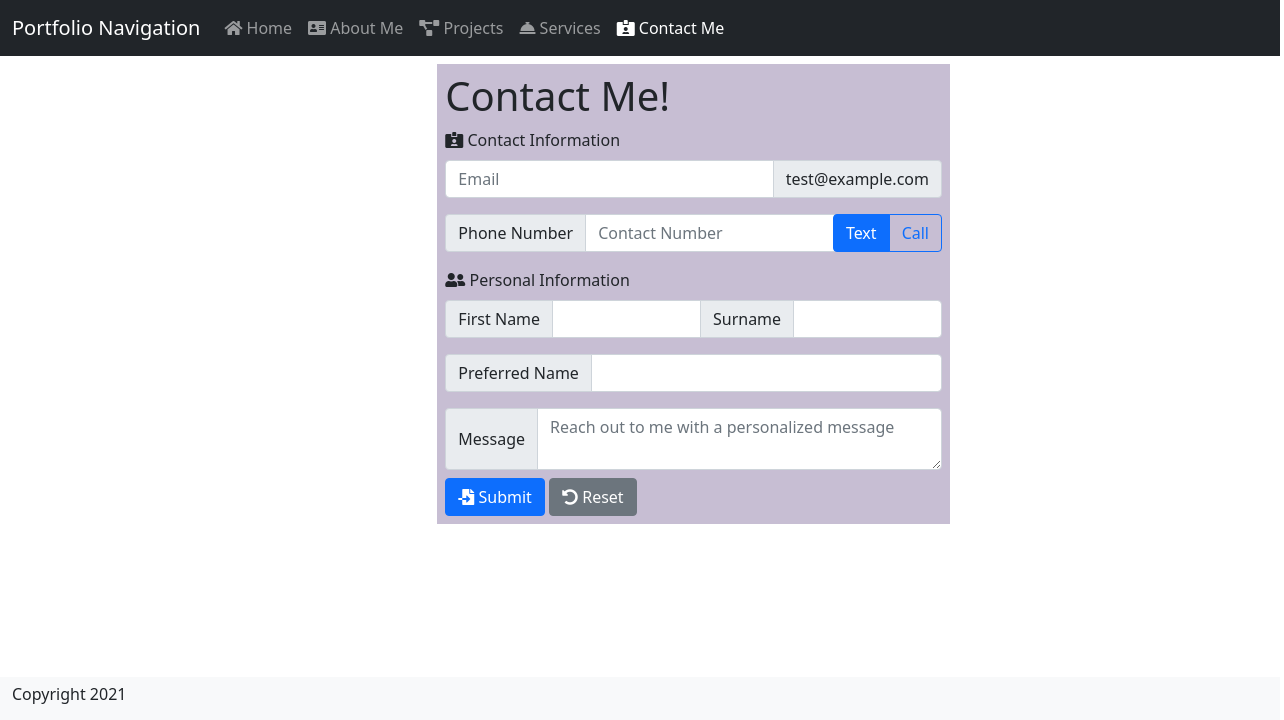
Repository: GarlicButterBoy/Portfolio
Page: contact.html
The author's editor kept a copy of each file at every save. The page is drawn from the files as they stood at one save, then again after the next save.
The browser window is 1280 px wide. The page is 1284 px wide, so the pictures cover 1284 px, including what lies to the right of the window. The pictures show the whole page.

Above is the page before, as saved 2021-06-14 12:19:39.

### contact.html
<!DOCTYPE html>
<html lang="en">
<head>
    <meta charset="UTF-8">
    <meta http-equiv="X-UA-Compatible" content="IE=edge">
    <meta name="viewport" content="width=device-width, initial-scale=1.0">
    <title>Nick Sturch-Flint Portfolio</title>
    <link rel="stylesheet" href="./node_modules/bootstrap/dist/css/bootstrap.min.css">
    <link rel="stylesheet" href="./node_modules/@fortawesome/fontawesome-free/css/all.min.css">
    <link rel="stylesheet" href="./Content/app.css">
</head>
<body>
  <!-- Main Navigation -->
    <nav class="navbar navbar-expand-lg navbar-dark bg-dark">
        <div class="container-fluid">
          <a class="navbar-brand" href="#">Portfolio Navigation</a>
          <button class="navbar-toggler" type="button" data-bs-toggle="collapse" data-bs-target="#navbarNavAltMarkup" aria-controls="navbarNavAltMarkup" aria-expanded="false" aria-label="Toggle navigation">
            <span class="navbar-toggler-icon"></span>
          </button>
          <div class="collapse navbar-collapse" id="navbarNavAltMarkup">
            <div class="navbar-nav ml-auto">
              <a id="home" class="nav-link" aria-current="page" href="index.html"><i class="fas fa-home"></i> Home</a>
              <a id="about" class="nav-link" href="about.html"><i class="fas fa-address-card"></i> About Me</a>
              <a id="projects" class="nav-link" href="projects.html"><i class="fas fa-project-diagram"></i> Projects</a>
              <a id="services" class="nav-link" href="services.html"><i class="fas fa-concierge-bell"></i> Services</a>
              <a id="contact" class="nav-link" href="contact.html"><i class="fas fa-id-card-alt"></i> Contact Me</a>
            </div>
          </div>
        </div>
      </nav>
      <!-- End of Main Navigation -->

      <main class="containrer p-2">
        <div class="row">
          <div class=" offset-md-4 col-md-5">
            <div class="jumbotron p-2" id="contentArea">
              <h1>Contact Me!</h1>

              <div class="alert alert-warning" role="alert" id="errorMessage">
              </div>

              <form id="contactForm" action="POST">

              <label for="basic-url" class="form-label"><i class="fas fa-id-card-alt"></i> Contact Information</label>
              <div class="input-group mb-3">
                <input type="email" class="form-control" placeholder="Email" aria-label="Email" aria-describedby="basic-addon2" id="emailAddress" value="">
                <span class="input-group-text" id="basic-addon2">test@example.com</span>
              </div>

              <div class="input-group mb-3">
                <span class="input-group-text" id="basic-addon2">Phone Number</span>
                <input type="tel" class="form-control" placeholder="Contact Number" aria-label="Contact Number" aria-describedby="basic-addon2" id="contactNumber" value="">

                <div class="btn-group" role="group" aria-label="Basic radio toggle button group">
                  <input type="radio" class="btn-check" name="btnradio" id="textCheck" autocomplete="off" checked>
                  <label class="btn btn-outline-primary" for="btnradio1">Text</label>

                  <input type="radio" class="btn-check" name="btnradio" id="callCheck" autocomplete="off">
                  <label class="btn btn-outline-primary" for="btnradio2">Call</label>
                </div>

              </div>

              <label for="basic-url" class="form-label"><i class="fas fa-user-friends"></i> Personal Information</label>
              <div class="input-group mb-3">
                <span class="input-group-text" id="basic-addon3">First Name</span>
                <input type="text" class="form-control" id="firstName" aria-describedby="basic-addon3" value="">

                <span class="input-group-text">Surname</span>
                <input type="text" class="form-control" aria-label="Surname" id="lastName" value="">
              </div>

              <div class="input-group mb-3">
                <span class="input-group-text">Preferred Name</span>
                <input type="text" class="form-control" aria-label="Preferred Name" id="prefName" value="">
              </div>



              <div class="input-group">
                <span class="input-group-text">Message</span>
                <textarea class="form-control" placeholder="Reach out to me with a personalized message" aria-label="Message" id="message" value=""></textarea>
              </div>
              <button class="btn btn-primary mt-2" type="submit" id="submitButton"><i class="fas fa-file-import"></i> Submit</button>
              <button class="btn btn-secondary mt-2" type="reset" id="resetButton"><i class="fas fa-undo-alt"></i> Reset</button>

            </form>
            </div>
          </div>
        </div>
      </main>


      <footer>
        <nav class="navbar fixed-bottom navbar-light bg-light">
          <div class="container-fluid">
            <h6>Copyright 2021</h6>
          </div>
        </nav>
      </footer>

      <!-- Third Party Libraries -->
      <script src="./node_modules/jquery/dist/jquery.min.js"></script>
      <script src="./node_modules/bootstrap/dist/js/bootstrap.min.js"></script>

      <!-- Third Party Libraries -->
    <script src="./Scripts/app.js"></script>
</body>
</html>

### Content/app.css
.jumbotron {
    background-color: #c7bed3;
  }

### Scripts/app.js
class Contact
{
    constructor(emailAddress = "", contactNumber = "", contactName = "", contactMessage = "")
    {
        this.emailAddress = emailAddress;
        this.contactNumber = contactNumber;
        this.contactName = contactName;
        this.contactMessage = contactMessage;
    }
}

"use strict";

//IIFE - Immediately Invoked Function Expression
// OR - Anonymous Self Executing Function
(function()
{
    //declare function variables here...
    let contact = new Contact();
    console.log("%cDeclaring Variables", "color:blue");

    /**
     * Variable Initialization in this function
     */
    function Start()
    {
        console.log("%cInitializing Variables", "color:green");

        PageSwitcher();

        Main();
    }

    function PageSwitcher()
    {
        let name = window.location.pathname; //returns full .html page name
        let pageName = name.substring(1, name.length - 5); //returns page name without the first / and the final .html


        switch(pageName)
        {
            case "index":
                DisplayHome();

                break;
            case "about":
                DisplayAbout();
                break;
            case "projects":
                DisplayProjects();
                break;
            case "services":
                DisplayServices();
                break;
            case "contact":
                DisplayContact();
                break;
            default:
                Display404();
                break;
        }

        $("#"+pageName).addClass("active"); //makes the active page link highlighted
    }

    function DisplayHome()
    {
        function notify() {
            console.log( "clicked" );
          }

        document.getElementById("home").className = "nav-link active";

         $("#projectsButton").on("click", notify, () => {
              location.href = "projects.html";
         });
    }

    function DisplayAbout()
    {

    }

    function DisplayProjects()
    {

    }

    function DisplayServices()
    {

    }

    function DisplayContact()
    {

        function validateInput(selector, condition, errorMessage = "")
        {
            if(condition)
            {
                $("#errorMessage")[0].textContent = errorMessage;
                $("#errorMessage").show();
                $(selector).trigger("focus");
                $(selector).css("border", "2px solid red");
                console.log(errorMessage)
            }
            else
            {
                $("#errorMessage").hide();
                $(selector).css("border", "2px solid #ced4da");
            }
        }

        function clearForm()
        {
            $("#contactForm")[0].reset();
            $("#errorMessage").hide();
        }

        $("#errorMessage").hide();

        //Email Validation (Lite)
        $("#emailAddress").on("change", (e) => {
            validateInput("#emailAddress", (($("#emailAddress").val().length < 8) || (!$("#emailAddress").val().includes("@"))), "Email is Invalid");
            /* if(($("#emailAddress").val().length < 8) || (!$("#emailAddress").val().includes("@")))
            {
                $("#errorMessage")[0].textContent = "Email is too short";
                $("#errorMessage").show();
                $("#emailAddress").trigger("focus");
                $("#emailAddress").css("border", "2px solid red");
                console.log("Email too short")
            }
            else
            {
                $("#errorMessage").hide();
                $("#emailAddress").css("border", "2px solid #ced4da");
            } */
        });

        //Phone Number Validation
        $("#contactNumber").on("change", (e) => {
            let phonePattern = /^(\+\d{1,2}\s)?\(?\d{3}\)?[\s.-]\d{3}[\s.-]\d{4}$/;

            validateInput("#contactNumber", (!phonePattern.test($("#contactNumber").val())), "Number is invalid");

            /* if(!phonePattern.test($("#contactNumber").val()))
            {
                $("#errorMessage")[0].textContent = "Number is invalid";
                $("#errorMessage").show();
                $("#contactNumber").trigger("focus");
                $("#contactNumber").css("border", "2px solid red");
                console.log("Number too invalid")
            }
            else
            {
                $("#errorMessage").hide();
                $("#contactNumber").css("border", "2px solid #ced4da");
            } */
        });

        $("#firstName").on("change", (e) => {
            validateInput("#firstName", ($("#firstName").val().length < 2), "First name is too short");
            /* if($("#firstName").val().length < 2)
            {
                $("#errorMessage")[0].textContent = "First name is too short";
                $("#errorMessage").show();
                $("#firstName").trigger("focus");
                $("#firstName").css("border", "1px solid red");
                console.log("First name too short")
            }
            else
            {
                $("#errorMessage").hide();
                $("#firstName").css("border", "1px solid #ced4da");
            } */
        });

        $("#lastName").on("change", (e) => {
            validateInput("#lastName", ($("#lastName").val().length < 2), "Last name is too short");
            /* if($("#lastName").val().length < 2)
            {
                $("#errorMessage")[0].textContent = "Last name is too short";
                $("#errorMessage").show();
                $("#lastName").trigger("focus");
                $("#lastName").css("border", "1px solid red");
                console.log("Last name too short")
            }
            else
            {
                $("#errorMessage").hide();
                $("#lastName").css("border", "1px solid #ced4da");
            } */
        });

        $("#submitButton").on("click", (e) =>
        {
            e.preventDefault();

            let emailAddress = $("#emailAddress").val();
            let contactNumber = $("#contactNumber").val();
            let firstName = $("#firstName").val();
            let lastName = $("#lastName").val();
            let prefName = $("#prefName").val();
            let message = $("#message").val();

            console.log(`Email Address : ${emailAddress}`);
            console.log(`Contact Number: ${contactNumber}`);
            console.log(`Name          : ${prefName} (${lastName}, ${firstName});`);
            console.log(`Message       : ${message}`);

            contact.emailAddress = emailAddress;
            contact.contactNumber = contactNumber;
            contact.contactName = `${prefName} (${lastName}, ${firstName})`;
            contact.contactMessage = message;

            console.log(contact);
            clearForm();
        });

        $("#resetButton").on("click", (e) =>
        {
            e.preventDefault();

            if(confirm("Are you sure?"))
            {
                clearForm();
            }
        });
    }

    function Display404()
    {
        console.log("Page Not Found");
    }

    /**
     * Main program Entry point is here
     */
    function Main()
    {
        console.log("%cMain Program Starting", "color:orange");

    }

    window.addEventListener("load", Start);
})();

Loaded but not shown: node_modules/bootstrap/dist/css/bootstrap.min.css (library); node_modules/@fortawesome/fontawesome-free/css/all.min.css (library); node_modules/jquery/dist/jquery.min.js (library); node_modules/bootstrap/dist/js/bootstrap.min.js (library)

After the next save:
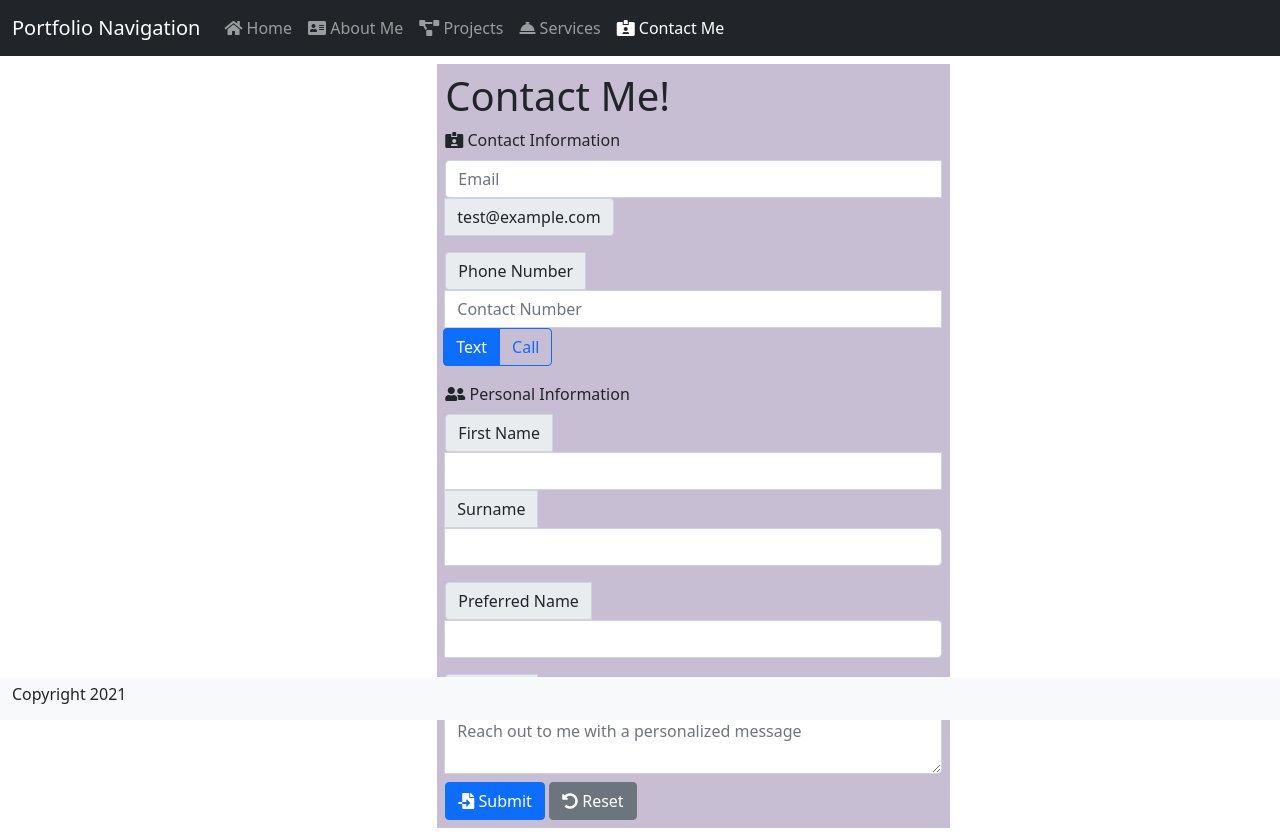
Saved 46 h 49 min later.
--- a/Content/app.css
+++ b/Content/app.css
@@ -1,3 +1,62 @@
 .jumbotron {
     background-color: #c7bed3;
   }
+
+  .input-group-addon:first-child
+{
+    border-right: 0;
+}
+
+.input-group-addon
+{
+    padding: 6px 12px;
+    font-size: 14px;
+    font-weight: 400;
+    line-height: 1;
+    text-align: center;
+    border: 1px solid darkgrey;
+    border-radius: 4xpx;
+}
+
+.input-group-addon .fa
+{
+    font-size: 18px;
+}
+
+.input-group .form-control
+{
+    position:relative;
+    z-index: 2;
+    float:left;
+    width: 100%;
+    margin-bottom: 0;
+}
+
+.input-group .form-control:last-child
+{
+    border-top-left-radius: 0;
+    border-bottom-left-radius: 0;
+}
+
+
+
+.login
+{
+    padding: 2rem 1rem;
+    margin-bottom: 2rem;
+    background-color: lightgrey;
+    border-radius: .3rem;
+}
+
+.login input
+{
+    background-color: white;
+    border-color: darkgrey;
+    border-radius: .4em;
+    width: 100%;
+}
+
+#logout
+{
+    display: none;
+}
